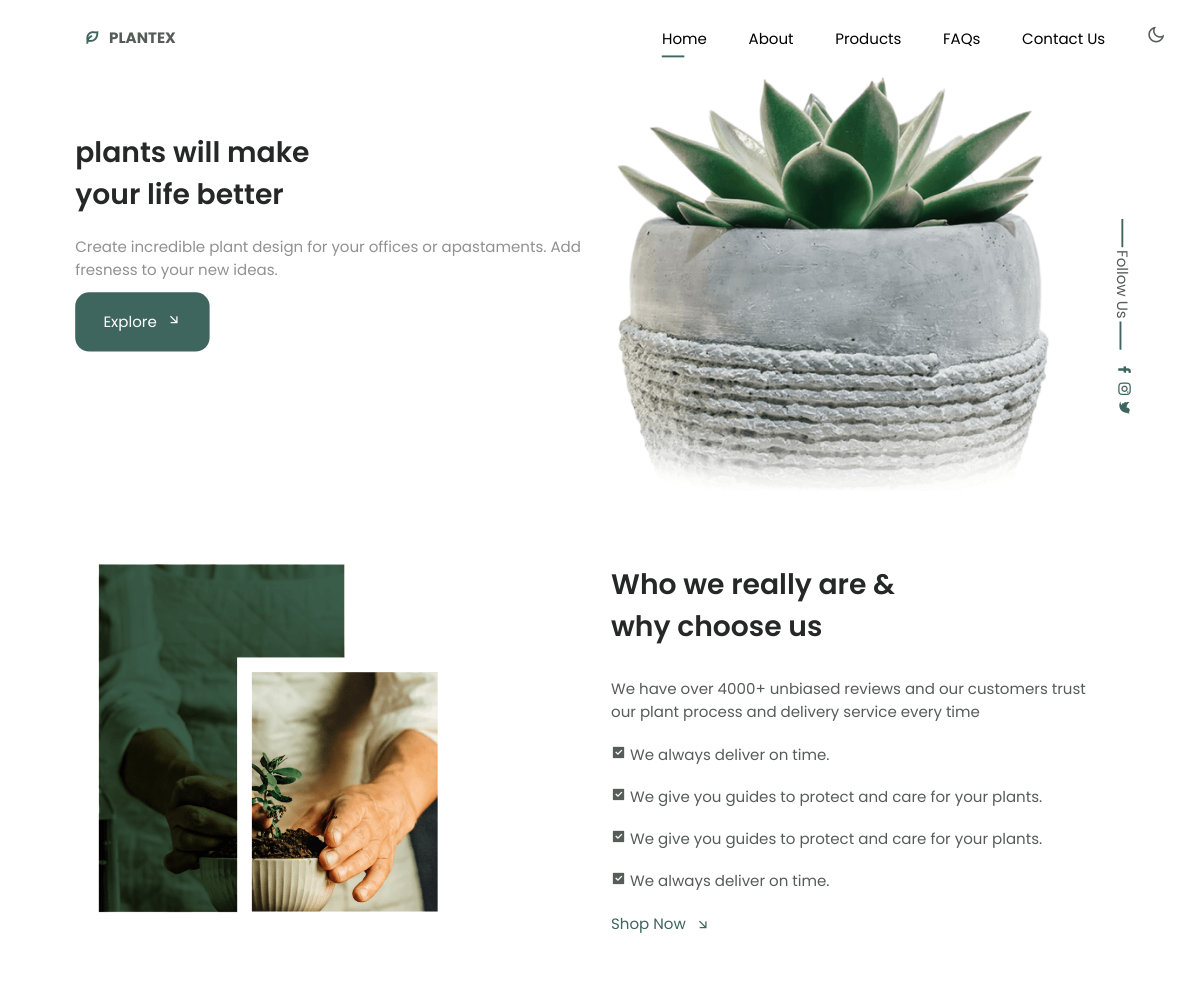
Repository: OmniaRafat232111121/plantwebsite
Page: index.html
These files come from the project's save history. The page is drawn as it stood at one moment and after the next save; the edit follows.
The browser window is 1280 px wide. The pictures show the whole page, at 94% of full size.

Above is the page before, as saved 2023-01-04 23:47:26.

After the next save:
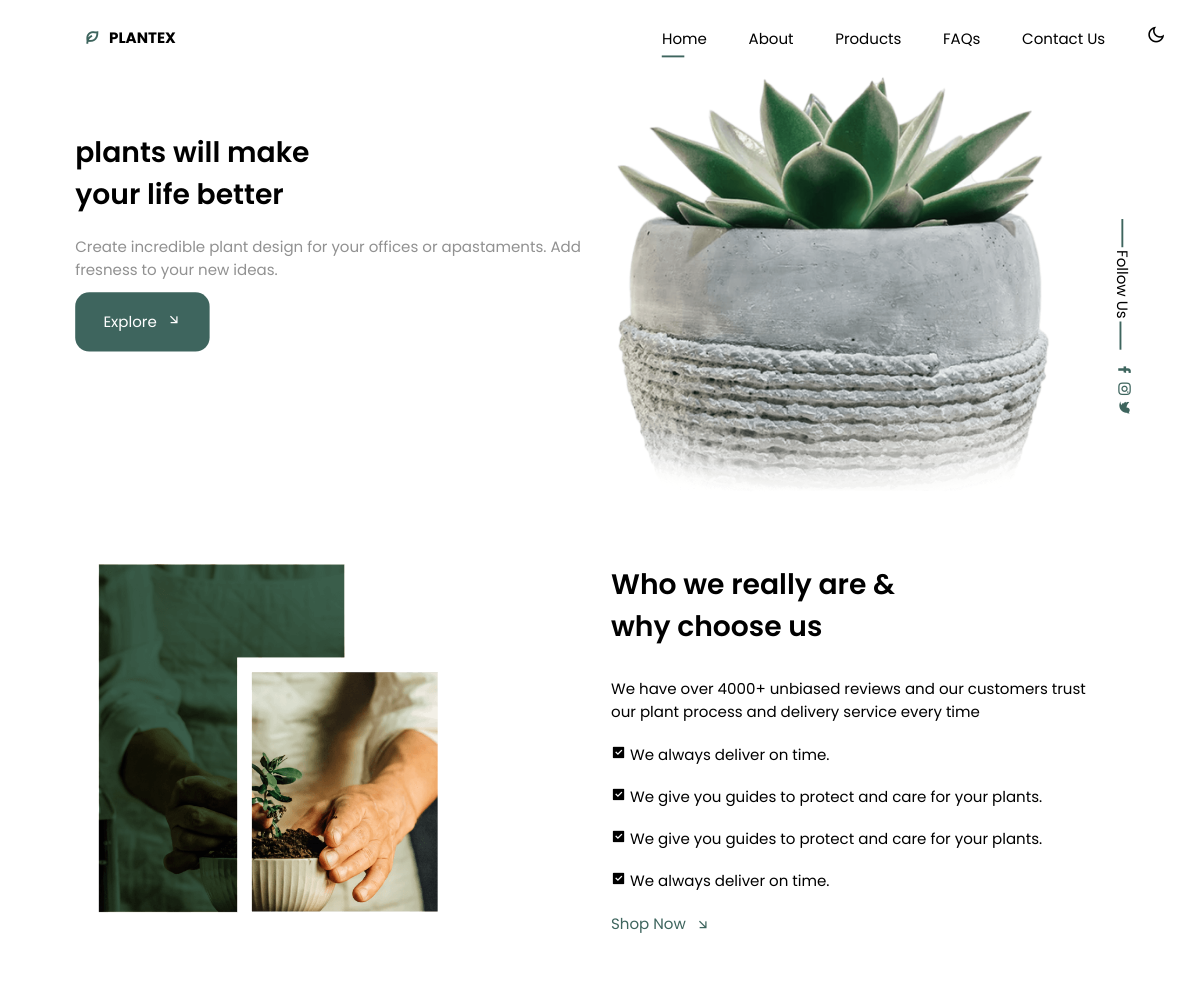
Saved 15 s later.
--- a/assets/css/styles.css
+++ b/assets/css/styles.css
@@ -9,6 +9,7 @@
   /*Color mode HSL(hue, saturation, lightness)*/
   --black:#000;
   --green:#3e655e;
+  --
   --hue: 152;
   --first-color: hsl(var(--hue), 24%, 32%);
   --first-color-alt: hsl(var(--hue), 24%, 28%);

After the save that followed:
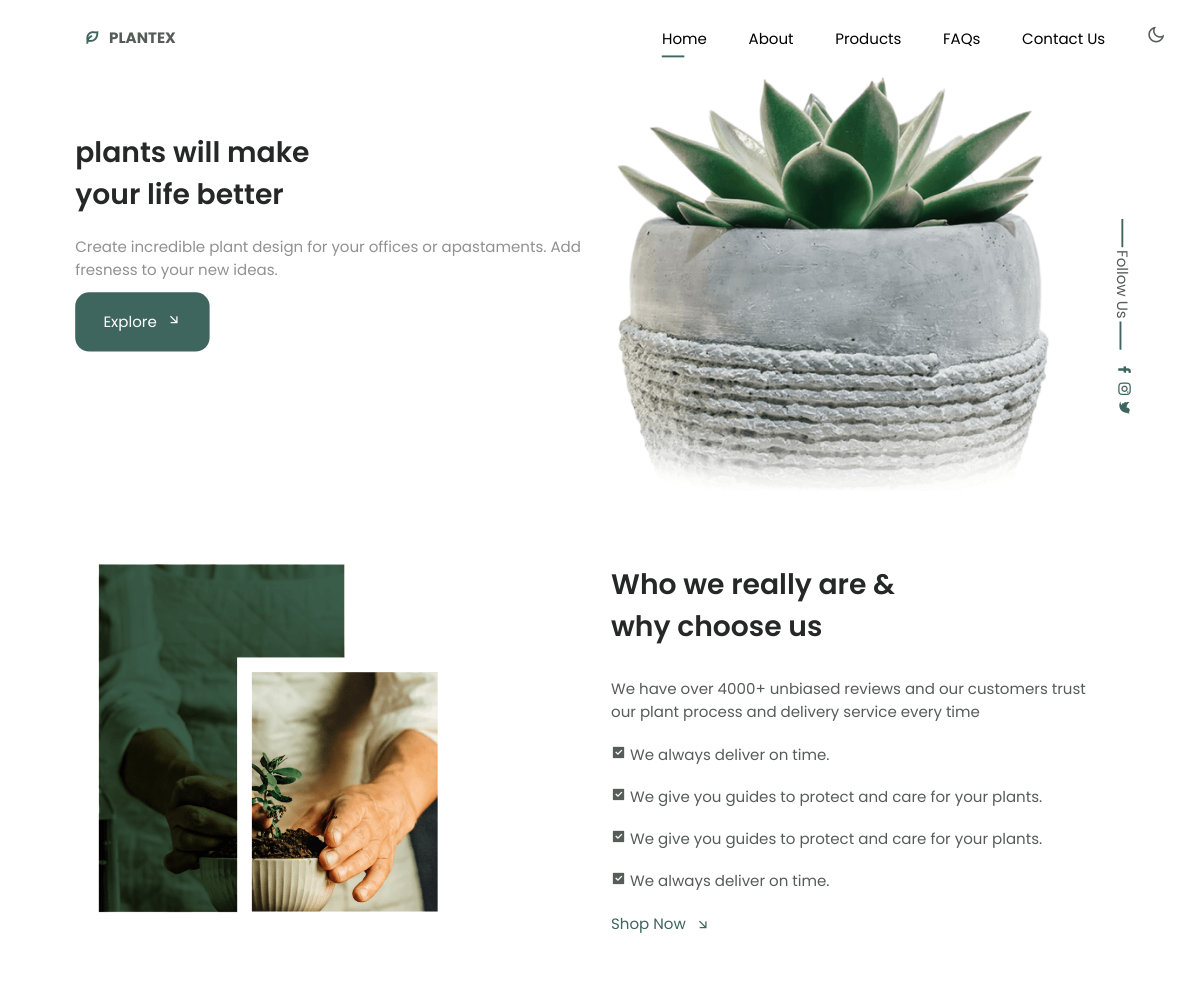
Saved 5 s later.
--- a/assets/css/styles.css
+++ b/assets/css/styles.css
@@ -9,7 +9,7 @@
   /*Color mode HSL(hue, saturation, lightness)*/
   --black:#000;
   --green:#3e655e;
-  --
+  --bold-green:#032922;
   --hue: 152;
   --first-color: hsl(var(--hue), 24%, 32%);
   --first-color-alt: hsl(var(--hue), 24%, 28%);
